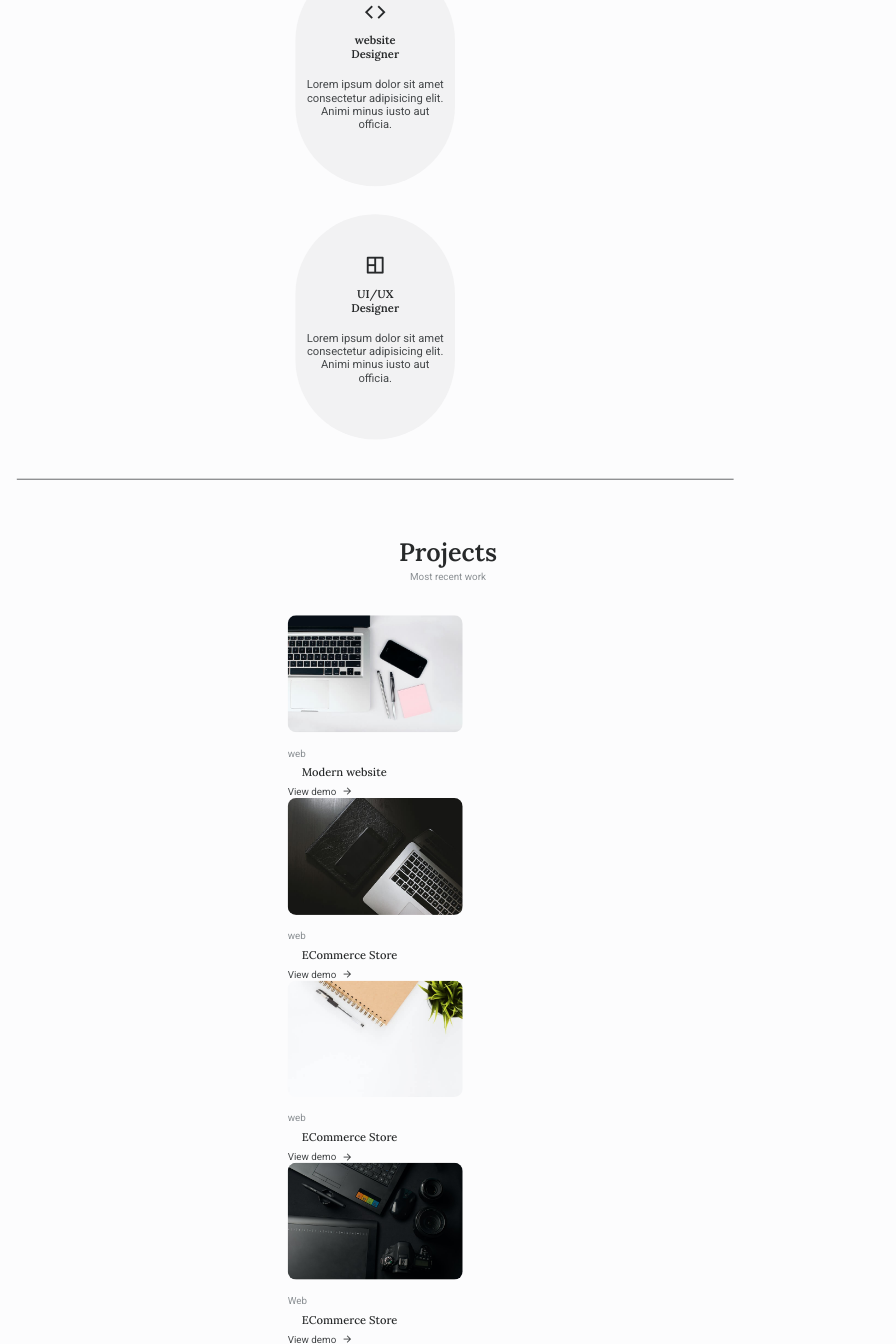
Repository: hnguyeng/myportfoliohongnguyen
Page: index.html
These files come from the project's save history. The page is drawn as it stood at one moment and after the next save; the edit follows.
The browser window is 1280 px wide. The pictures show the part of the page from y = 4580 to 6500 px (the page is 6679 px tall before and 5897 px after), at 70% of full size.
Some web libraries are served in a nearby version.

Above is the page before, as saved 2023-07-20 12:56:49.

After the next save:
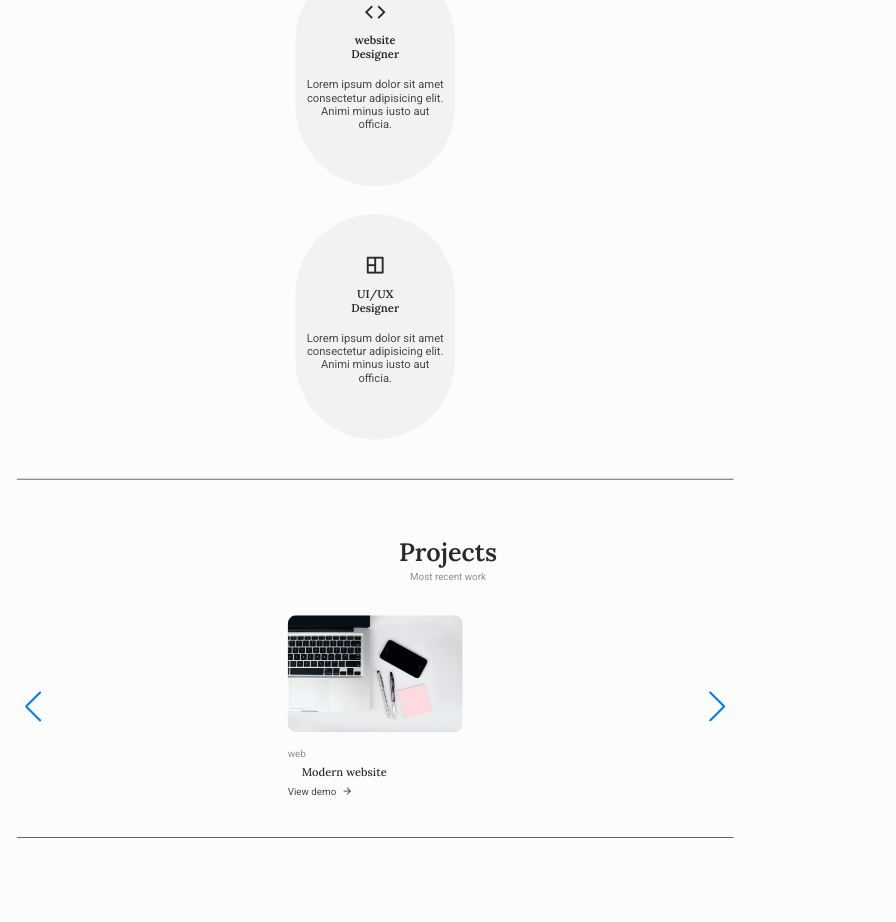
Saved 16 min 44 s later.
--- a/index.html
+++ b/index.html
@@ -365,10 +365,10 @@
             <span class="section__subtitle">Most recent work</span>
 
             <div class="container section__border">
-                <div class="projects__container">
-                    <div>
+                <div class="projects__container swiper">
+                    <div class="swiper-wrapper">
                         <!-- ====================PROJECT 1 =================== -->
-                        <div class="projects__content">
+                        <div class="projects__content swiper-slide">
                             <img src="./assets/imgs/project1.jpg" alt="projects image" class="projects__img">
 
                             <div>
@@ -381,7 +381,7 @@
                             </div>
                         </div>
                         <!-- ====================PROJECT 2 =================== -->
-                        <div class="projects__content">
+                        <div class="projects__content swiper-slide">
                             <img src="./assets/imgs/project2.jpg" alt="projects image" class="projects__img">
 
                             <div>
@@ -394,7 +394,7 @@
                             </div>
                         </div>
                         <!-- ====================PROJECT 3 =================== -->
-                        <div class="projects__content">
+                        <div class="projects__content swiper-slide">
                             <img src="./assets/imgs/project3.jpg" alt="projects image" class="projects__img">
 
                             <div>
@@ -407,7 +407,7 @@
                             </div>
                         </div>
                         <!-- ====================PROJECT 4 =================== -->
-                        <div class="projects__content">
+                        <div class="projects__content swiper-slide">
                             <img src="./assets/imgs/project4.jpg" alt="projects image" class="projects__img">
 
                             <div>
@@ -420,6 +420,11 @@
                             </div>
                         </div>
                     </div>
+                    <!-- Swiper arrows -->
+                    <div class="swiper-button-next"></div>
+                    <div class="swiper-button-prev"></div>
+                    <!-- swiper-pagination -->
+                    <div class="swiper-pagination"></div>
                 </div>
             </div>
         </section>
